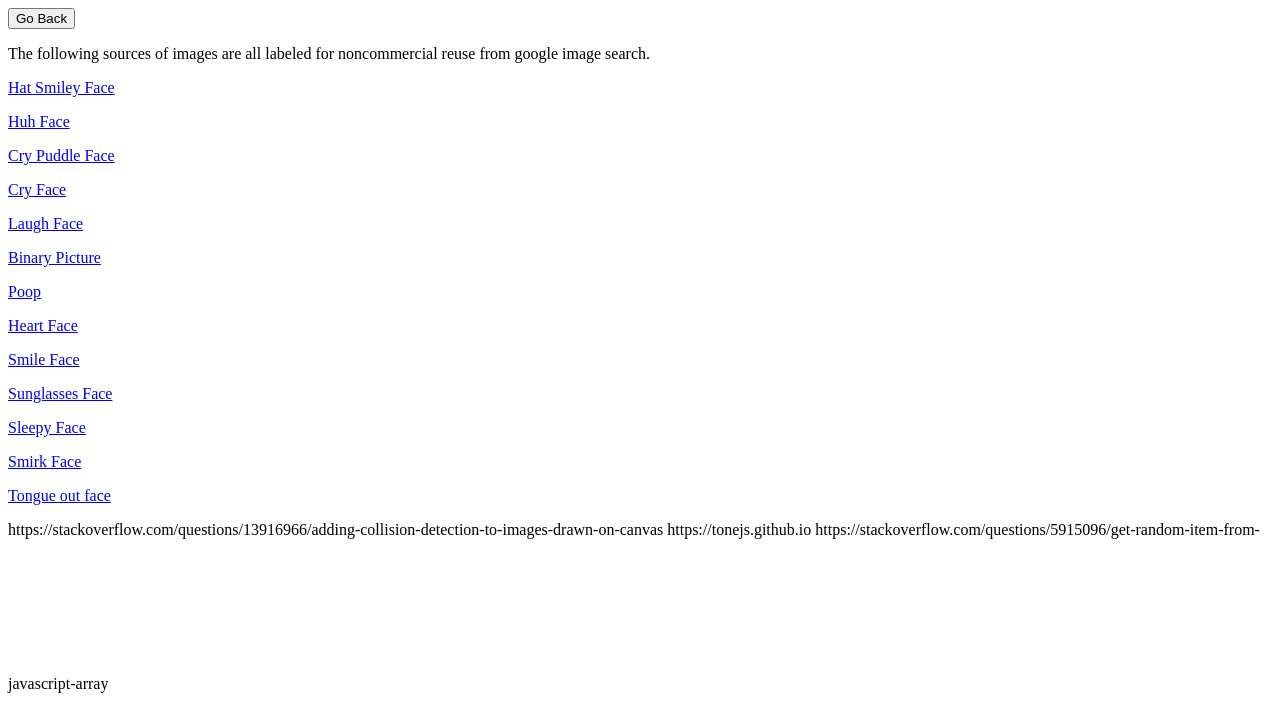
Repository: LindaRZhang/ApCSCreate
Page: sourcesCited.html
The author's editor kept a record of every edit. The page is drawn from the files as they stood at one moment, then again after the next edit.
The browser window is 1280 px wide. The pictures show the whole page.

Above is the page before.

### sourcesCited.html
<!--
Author: Self. Summary of sources for my pictures and code.
--->
<!DOCTYPE html>
<html>
    	<script type="text/javascript" src="https://tonejs.github.io/build/Tone.min.js"></script>

<form id = "form1"action="float.html"><input type="submit" value="Go Back" /> </form>
<p>The following sources of images are all labeled for noncommercial reuse from google image search. </p>
<p><a href="https://commons.wikimedia.org/wiki/File:Emojione_1F920.svg"> Hat Smiley Face </a></p>
<p><a href="https://commons.wikimedia.org/wiki/File:Emojione_1F61F.svg"> Huh Face </a></p>
<p><a href="https://commons.wikimedia.org/wiki/File:Emojione_1F62D.svg"> Cry Puddle Face </a></p>
<p><a href="http://pngimg.com/download/36141"> Cry Face </a></p>
<p><a href="https://commons.wikimedia.org/wiki/File:Twemoji_1f602.svg"> Laugh Face </a></p>
<p><a href="https://commons.wikimedia.org/wiki/File:Binary_Back.jpg"> Binary Picture </a></p>
<p><a href="https://commons.wikimedia.org/wiki/File:Twemoji_1f4a9.svg"> Poop </a></p>
<p><a href="http://pngimg.com/download/36220"> Heart Face </a></p>
<p><a href="https://pixabay.com/en/photos/whatsapp/"> Smile Face  </a></p>
<p><a href="http://pngimg.com/download/36217"> Sunglasses Face </a></p>
<p><a href="http://pngimg.com/download/36157"> Sleepy Face </a></p>
<p><a href="https://pngimg.com/download/36161"> Smirk Face </a></p>
<p><a href="http://pngimg.com/download/36123"> Tongue out face </a></p>


https://stackoverflow.com/questions/13916966/adding-collision-detection-to-images-drawn-on-canvas
https://tonejs.github.io
https://stackoverflow.com/questions/5915096/get-random-item-from-javascript-array
<body>
    <canvas id="mainCanvas"> </canvas>
</body>

</html>

After the next edit:
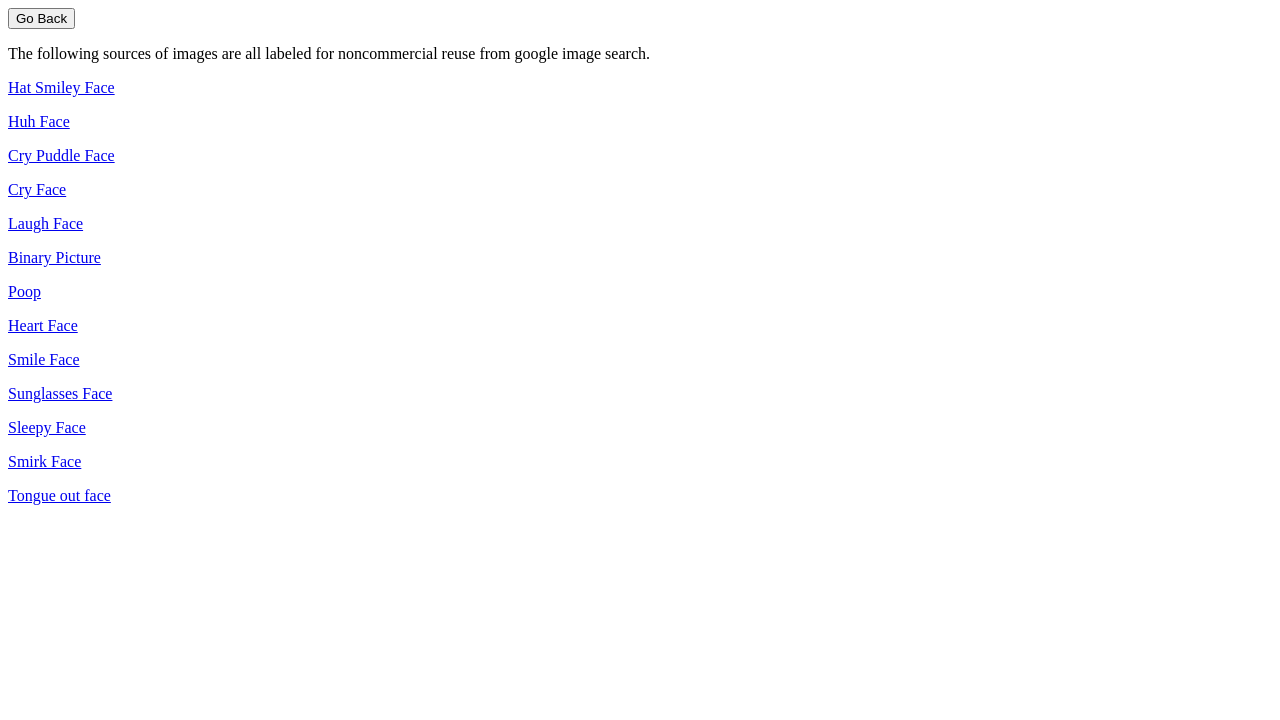
The edit:
--- a/sourcesCited.html
+++ b/sourcesCited.html
@@ -21,10 +21,6 @@
 <p><a href="https://pngimg.com/download/36161"> Smirk Face </a></p>
 <p><a href="http://pngimg.com/download/36123"> Tongue out face </a></p>
 
-
-https://stackoverflow.com/questions/13916966/adding-collision-detection-to-images-drawn-on-canvas
-https://tonejs.github.io
-https://stackoverflow.com/questions/5915096/get-random-item-from-javascript-array
 <body>
     <canvas id="mainCanvas"> </canvas>
 </body>
